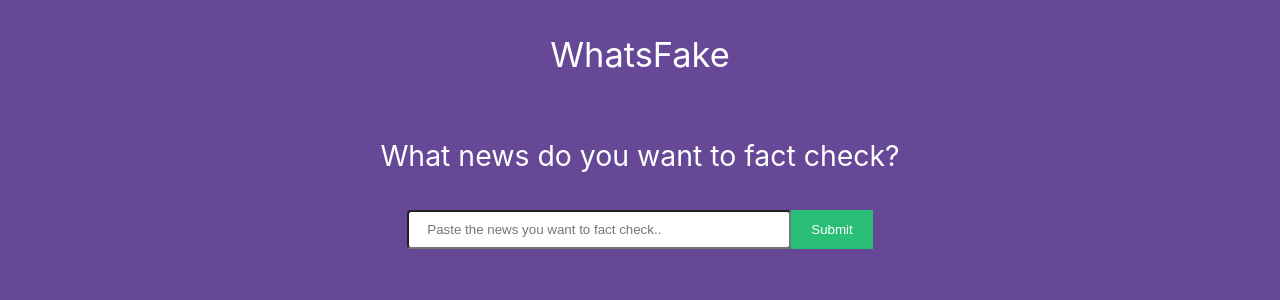
Repository: alkalox/FakeNews
Page: /
These files come from the project's save history. The page is drawn as it stood at one moment and after the next save; the edit follows.
The browser window is 1280 px wide. The pictures show the whole page.
The project was rebuilt for these pictures with package versions that can differ from the ones it lists, and the page was loaded fresh each time.

Above is the page before, as saved 2019-04-21 22:39:23.

After the next save:
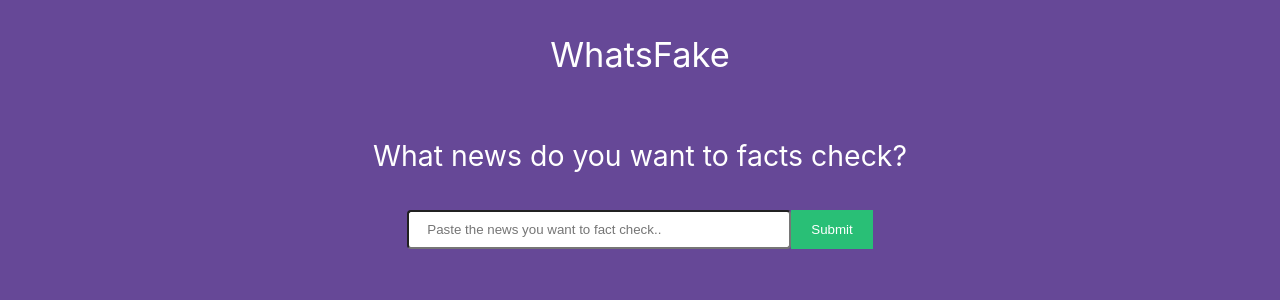
Saved 11 s later.
--- a/src/App.js
+++ b/src/App.js
@@ -31,7 +31,7 @@
             </p>
           </header>
           <p className ="text">
-            What news do you want to fact check?
+            What news do you want to facts check?
           </p>
           <div className="Form">
             <form onSubmit={this.handleSubmit}>

After the save that followed:
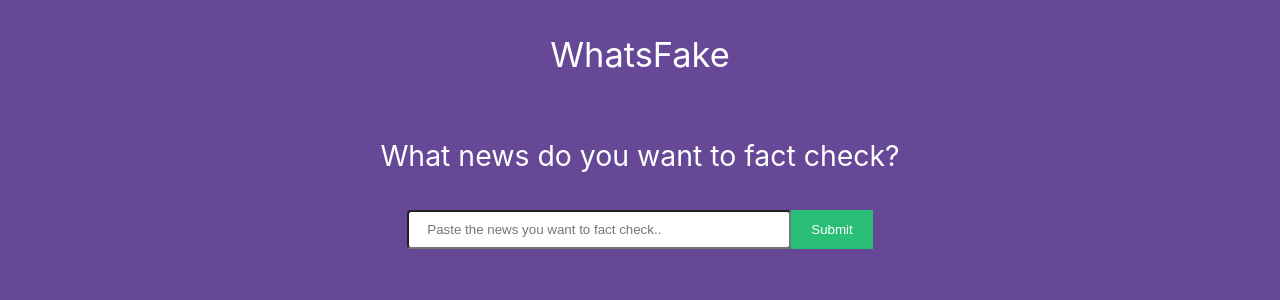
Saved 4 s later.
--- a/src/App.js
+++ b/src/App.js
@@ -31,7 +31,7 @@
             </p>
           </header>
           <p className ="text">
-            What news do you want to facts check?
+            What news do you want to fact check?
           </p>
           <div className="Form">
             <form onSubmit={this.handleSubmit}>
